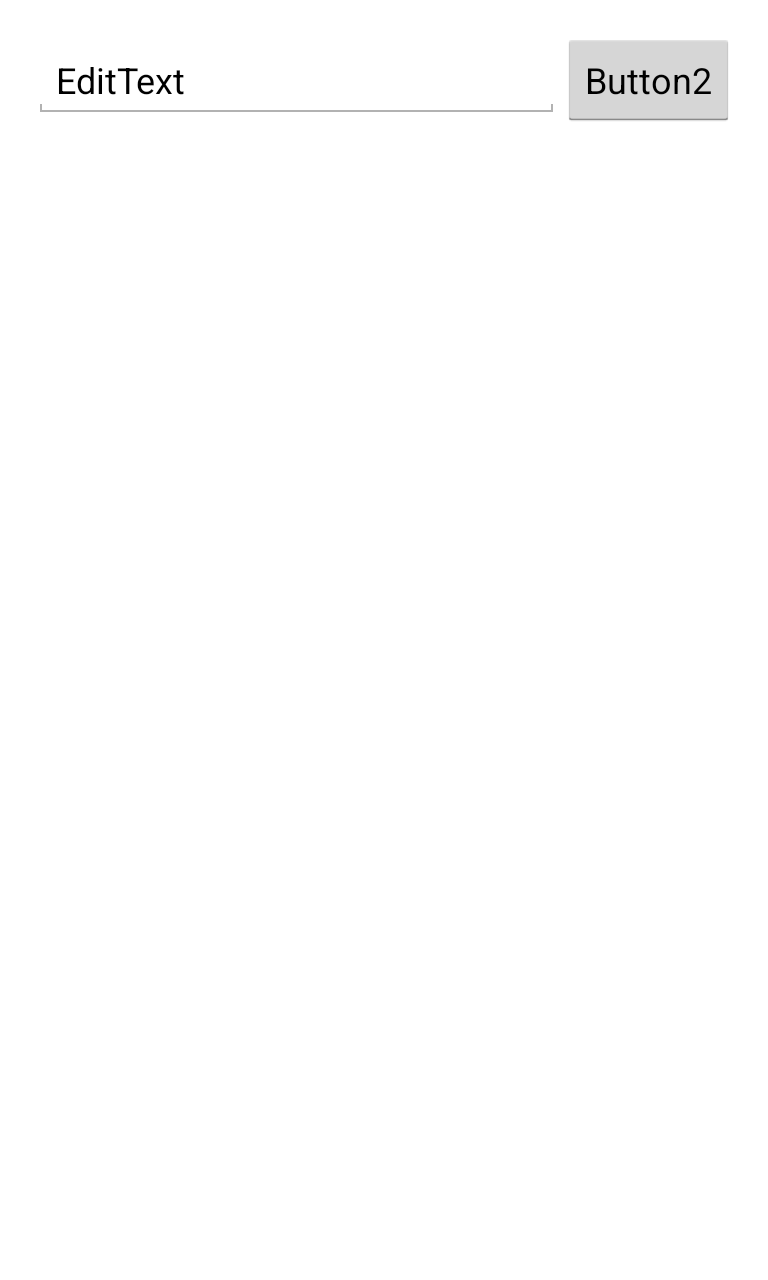
Repository: jinpp/Android
Layout: UILayoutTest/res/layout/activity_main.xml
The author's editor kept a copy of each file at every save. The layout is drawn from the files as they stood at one save, then again after the next save.
It is drawn on a 768 x 1280 px phone screen (xhdpi) without system bars, with theme AppTheme; the app's code is not run.

Above is the layout before, as saved 2016-11-16 06:42:55.

After the next save:
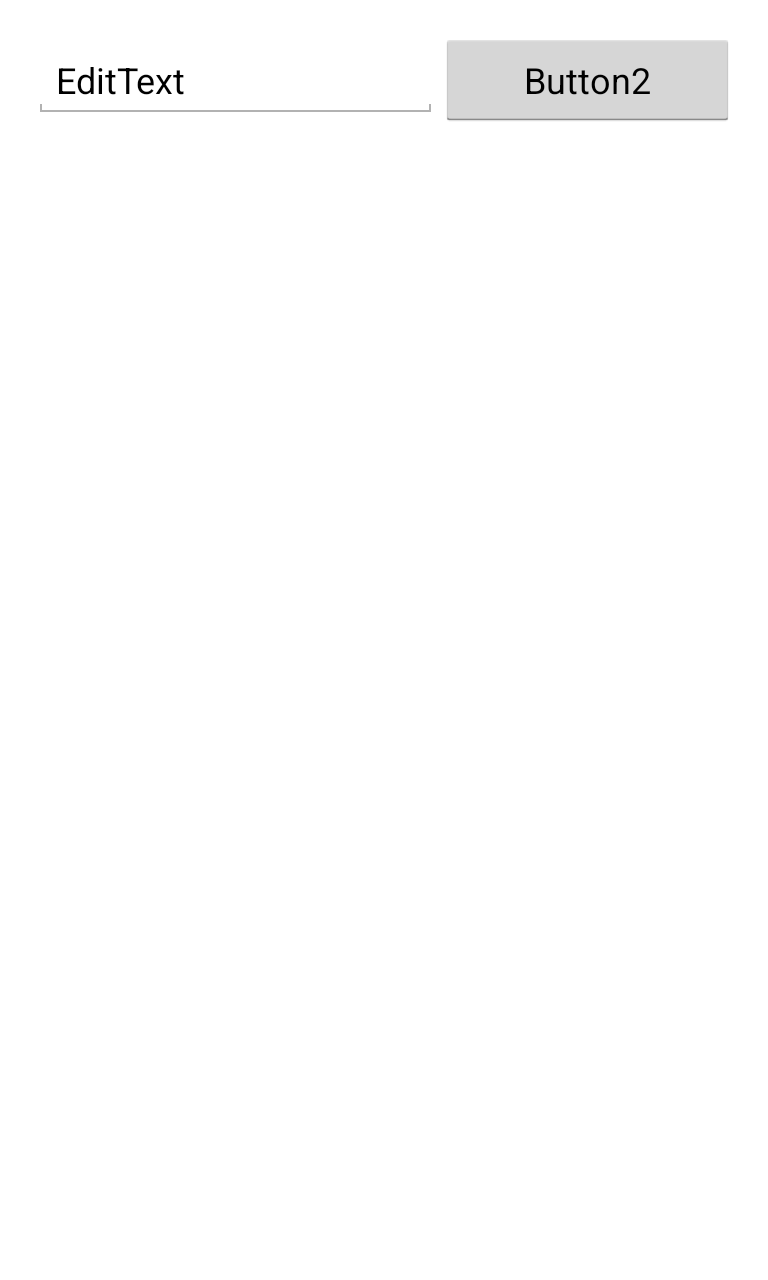
Saved 5 s later.
--- a/UILayoutTest/res/layout/activity_main.xml
+++ b/UILayoutTest/res/layout/activity_main.xml
@@ -21,6 +21,7 @@
         android:id="@+id/button1"
         android:layout_width="wrap_content"
         android:layout_height="wrap_content"
+          android:layout_weight="3"
         android:text="Button2" />
     <!--
     <Button
